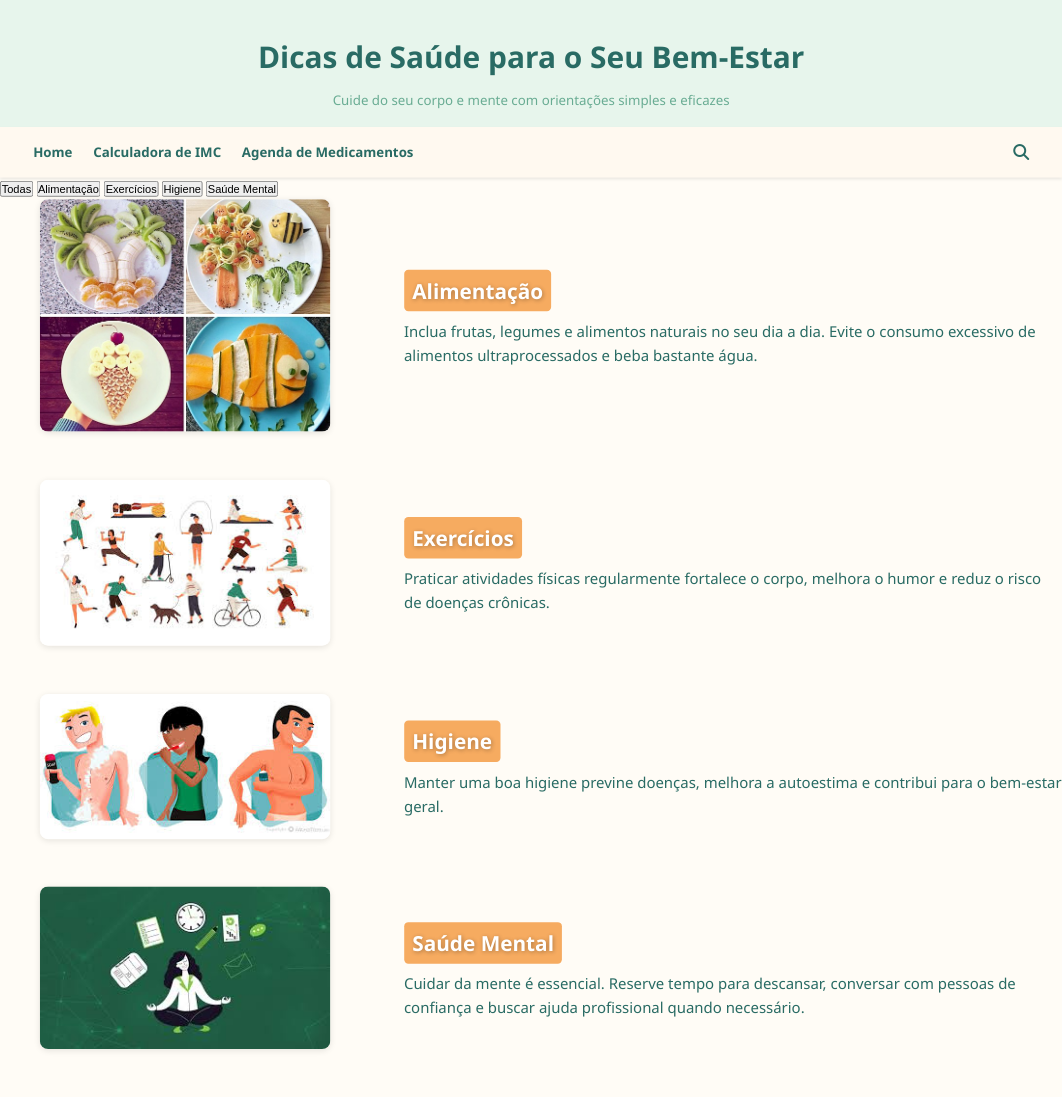
Repository: Cristiane-Sartori14/dicasSaude
Page: index.html
The author's editor kept a copy of each file at every save. The page is drawn from the files as they stood at one save, then again after the next save.
The browser window is 1280 px wide. The pictures show the whole page, at 83% of full size.

Above is the page before, as saved 2025-05-21 18:46:59.

After the next save:
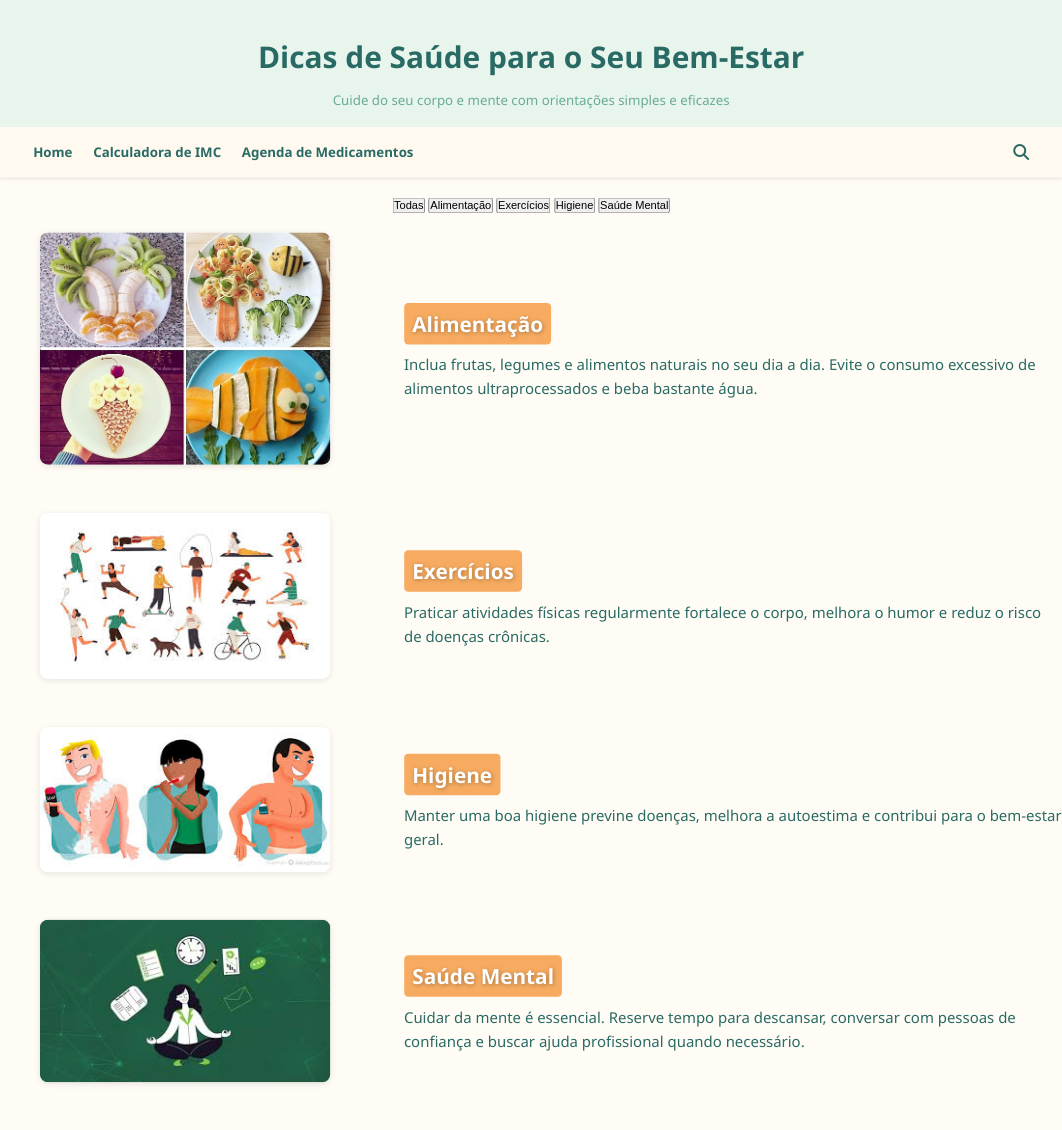
Saved 42 s later.
--- a/style.css
+++ b/style.css
@@ -89,6 +89,12 @@ body {
 }
 
 /* Conteúdo principal */
+
+.filtro-categorias {
+  text-align: center;
+  margin: 20px 0;
+}
+
 .health-container {
     max-width: 1200px;
     margin: 0 auto;
